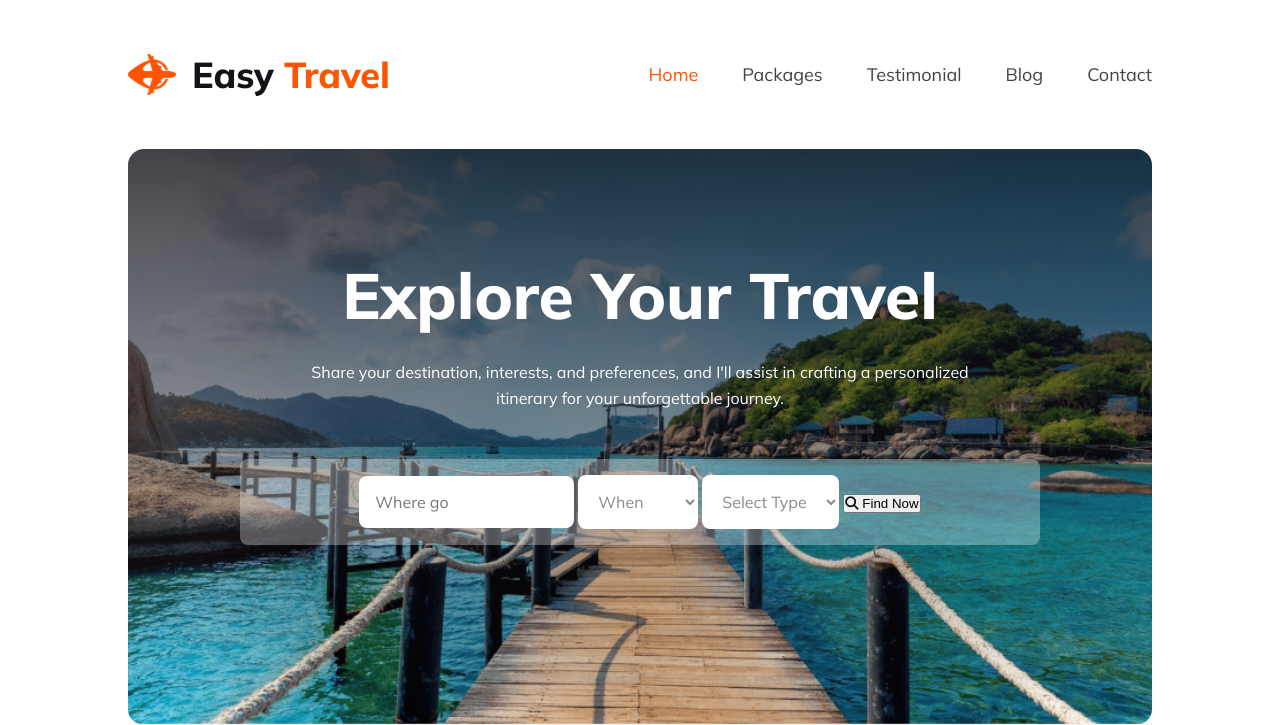
Repository: ShouravAhammed/Assignment-2
Page: index.html
An editor plug-in stored every save of this project. The page is shown before and after the next save, followed by the edit.
The browser window is 1280 px wide. The pictures show the whole page.
Some web libraries are served in a nearby version.

Above is the page before, as saved 2024-01-16 03:25:21.

After the next save:
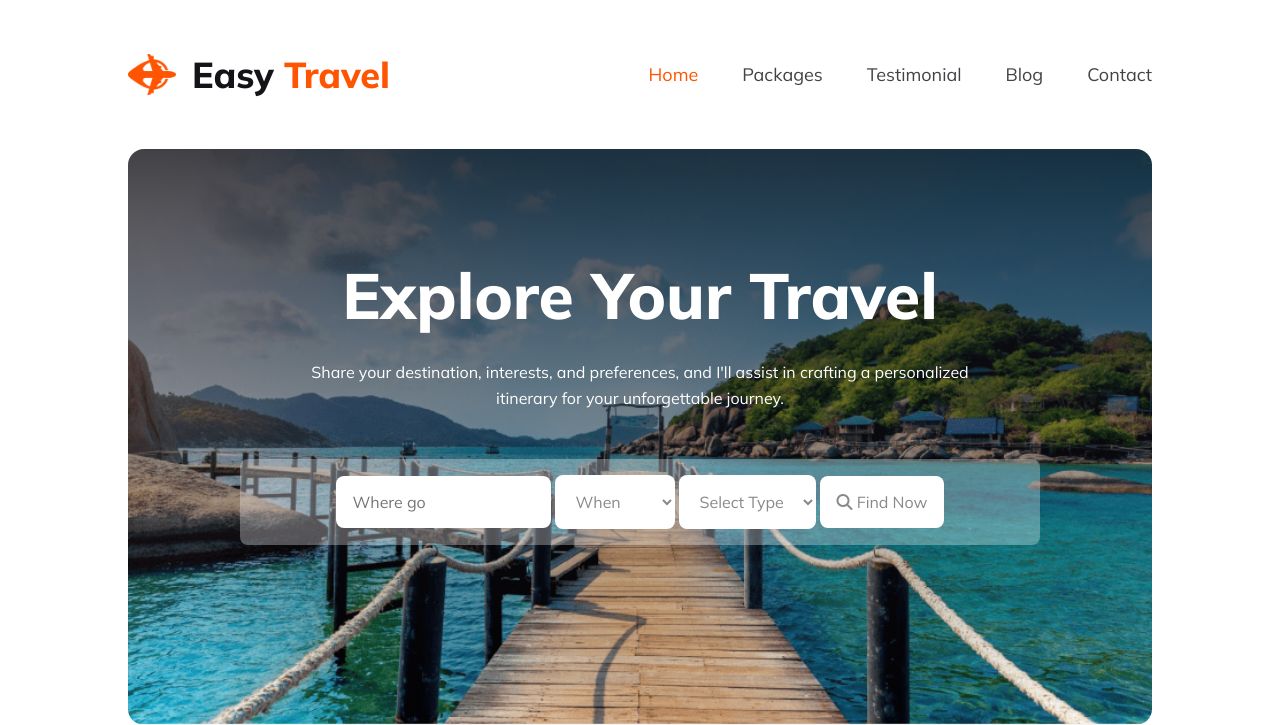
Saved 76 s later.
--- a/styles/style.css
+++ b/styles/style.css
@@ -114,7 +114,7 @@
     margin: 0 auto;
     text-align: center;
 }
-.banner-form input, select{
+.banner-form input, select, .primary-btn{
     color: rgba(19, 19, 24, 0.50);
     border-radius: 8px;
     background: #FFF;

After the save that followed:
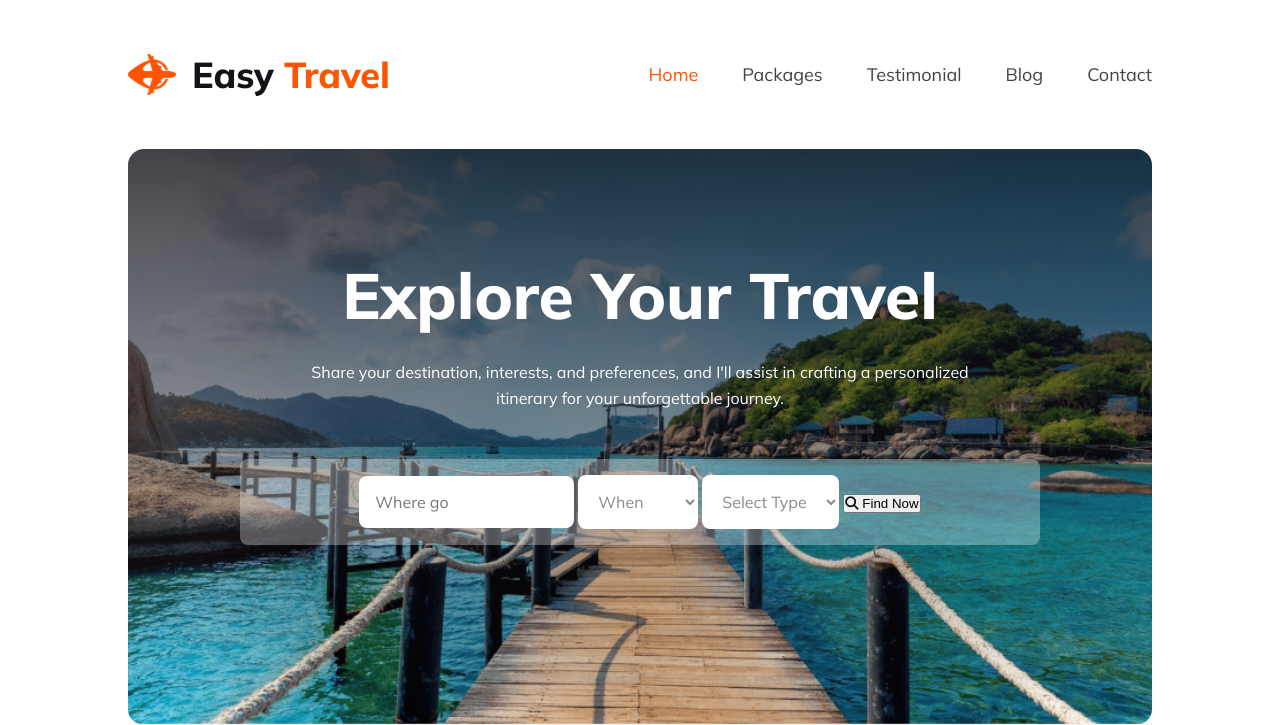
Saved 23 s later.
--- a/styles/style.css
+++ b/styles/style.css
@@ -114,7 +114,7 @@
     margin: 0 auto;
     text-align: center;
 }
-.banner-form input, select, .primary-btn{
+.banner-form input, select{
     color: rgba(19, 19, 24, 0.50);
     border-radius: 8px;
     background: #FFF;
